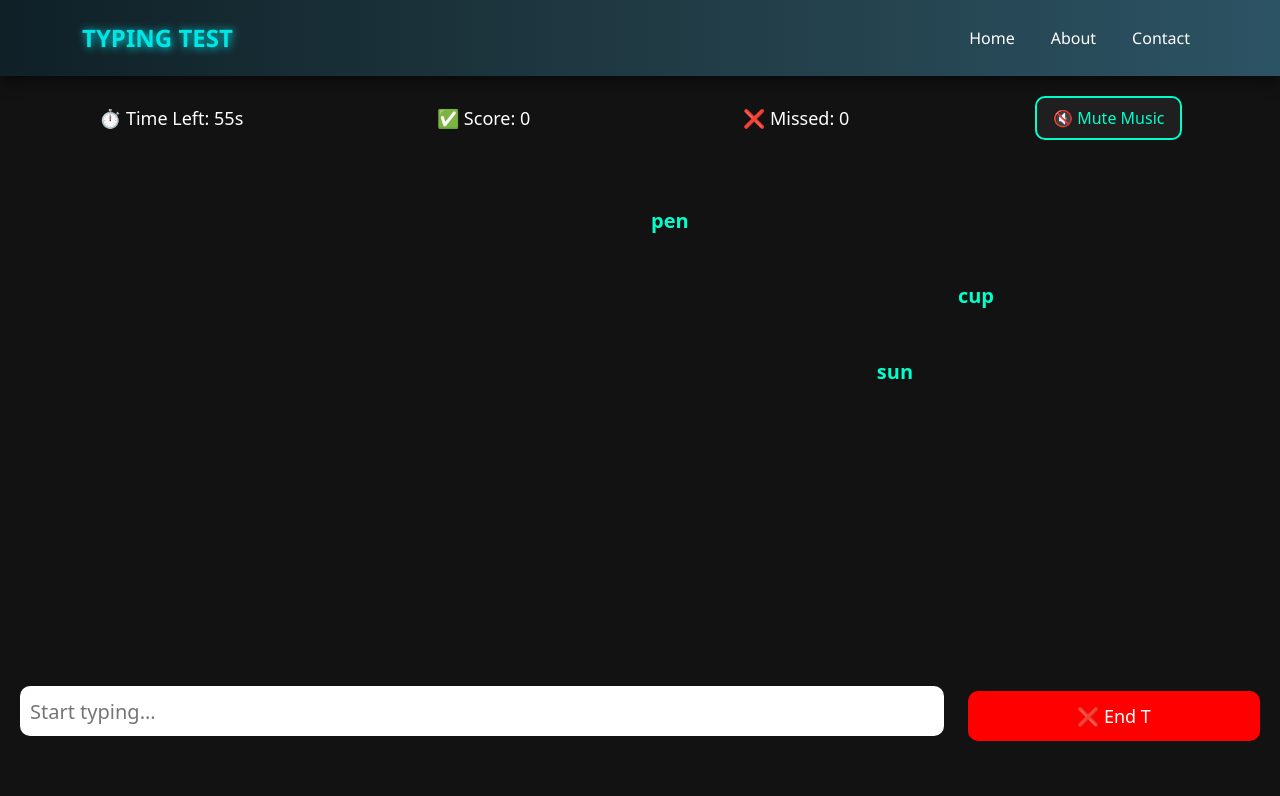
Repository: SHAHZADcodr/typing-test-react
Page: /game
An editor plug-in stored every save of this project. The page is shown before and after the next save, followed by the edit.
The browser window is 1280 px wide. The pictures show the whole page.
The project was rebuilt for these pictures with package versions that can differ from the ones it lists, and the page was loaded fresh each time. Also part of the build but not shown: src/customCss/Home.css, src/pages/Home.jsx, src/customCss/About.css, src/pages/About.jsx, src/customCss/Contact.css, src/pages/Contact.jsx, src/customCss/GameOver.css, src/pages/GameOver.jsx. Imported but missing from the stored project, and not drawn on this page: src/assets/background.mp3, src/assets/pop.mp3.

Above is the page before, as saved 2025-04-09 01:27:13.

### src/index.js
import React from 'react';
import "bootstrap/dist/css/bootstrap.min.css";
import ReactDOM from 'react-dom/client';
import './index.css';
import App from './App';
import { BrowserRouter } from 'react-router-dom';
import reportWebVitals from './reportWebVitals';

const root = ReactDOM.createRoot(document.getElementById('root'));
root.render(
  <React.StrictMode>
    <BrowserRouter>
      <App />
    </BrowserRouter>
  </React.StrictMode>
);

// If you want to start measuring performance in your app, pass a function
// to log results (for example: reportWebVitals(console.log))
// or send to an analytics endpoint. Learn more: https://bit.ly/CRA-vitals
reportWebVitals();

### src/index.css
body {
  margin: 0;
  background: linear-gradient(135deg, #0f2027,
  #203a43, #2c5364);
}

### src/App.js
import {Routes,Route} from "react-router-dom";
import './App.css';
//pages
import Home  from "./pages/Home";
import About from "./pages/About";
import Contact from "./pages/Contact";
import Game from "./pages/Game";
import GameOver from "./pages/GameOver";

//components
import Navigation from "./components/Navbar";

function App() {
  return (
    <>
    <Navigation/>
    <Routes>
      <Route path="/" element={<Home/>}/>
      <Route path="*" element={<Home/>}/>
      <Route path="/about" element={<About/>}/>
      <Route path="/contact" element={<Contact/>}/>
      <Route path="/game" element={<Game/>}/>
      <Route path="/gameOver" element={<GameOver/>}/>

    </Routes>
    </>

  );
}

export default App;

### src/App.css
.custom-navbar {
  background: linear-gradient(to right, #0f2027, #203a43, #2c5364) !important;
  padding: 15px 20px;
  box-shadow: 0 4px 15px rgba(0, 0, 0, 0.6);
  font-family: 'Segoe UI', Tahoma, Geneva, Verdana, sans-serif;
}

.custom-navbar .navbar-brand {
  color: #00e6e6 !important;
  font-weight: bold;
  font-size: 1.5rem;
  text-shadow: 1px 1px 8px #00e6e6;
}

.custom-navbar .nav-link {
  color: #ffffff !important;
  margin-left: 20px;
  transition: color 0.3s ease, transform 0.2s ease;
  font-weight: 500;
}

.custom-navbar .nav-link:hover {
  color: #00e6e6 !important;
  transform: scale(1.05);
  text-shadow: 0 0 5px #00e6e6;
}

.custom-navbar .navbar-toggler {
  background-color: #00e6e6;
}

### src/pages/Game.jsx
// Same imports
import React, { useEffect, useRef, useState } from 'react';
import { useLocation, useNavigate } from 'react-router-dom';
import { Container, Row, Col, Button, Toast } from 'react-bootstrap';
import '../customCss/Game.css';
import popSound from '../assets/pop.mp3';
import bgMusicFile from '../assets/background.mp3';

const wordBank = {
  easy: ['cat', 'dog', 'sun', 'pen', 'cup'],
  medium: ['apple', 'banana', 'pencil', 'camera', 'jungle'],
  hard: ['algorithm', 'symphony', 'hypothesis', 'university', 'revolution']
};

const Game = () => {
  const { state } = useLocation();
  const navigate = useNavigate();
  const { difficulty = 'easy', duration = 60 } = state || {};

  const [words, setWords] = useState([]);
  const [typed, setTyped] = useState('');
  const [timeLeft, setTimeLeft] = useState(duration);
  const [score, setScore] = useState(0);
  const [missed, setMissed] = useState(0);
  const [showToast, setShowToast] = useState(true);
  const [bgMusicPlaying, setBgMusicPlaying] = useState(true);
  const [gameEnded, setGameEnded] = useState(false); // ✅ Avoid duplicate ending

  const wordId = useRef(0);
  const pop = new Audio(popSound);
  const bgMusic = useRef(new Audio(bgMusicFile));
  const inputRef = useRef();

  useEffect(() => {
    inputRef.current.focus();

    const timer = setInterval(() => {
      setTimeLeft((prev) => {
        if (prev <= 1) {
          if (!gameEnded) {
            endGame(); // ✅ Make sure endGame is called before timer cleanup
          }
          return 0;
        }
        return prev - 1;
      });
    }, 1000);

    return () => clearInterval(timer);
  }, []);

  useEffect(() => {
    const interval = setInterval(() => {
      const word = wordBank[difficulty][Math.floor(Math.random() * wordBank[difficulty].length)];
      const newWord = {
        id: wordId.current++,
        text: word,
        top: 0,
        left: Math.random() * 80 + 10,
        color: 'default'
      };
      setWords((prev) => [...prev, newWord]);
    }, 1500);
    return () => clearInterval(interval);
  }, [difficulty]);

  useEffect(() => {
    const falling = setInterval(() => {
      setWords((prevWords) => {
        const updated = prevWords.map((word) => ({ ...word, top: word.top + 1 }));
        const filtered = updated.filter((word) => {
          if (word.top >= 90) {
            setMissed((m) => m + 1); // ✅ Only missed here
            return false;
          }
          return true;
        });
        return filtered;
      });
    }, 100);
    return () => clearInterval(falling);
  }, []);

  const handleTyping = (e) => {
    const input = e.target.value;

    // ✅ Start music only once
    if (bgMusicPlaying && bgMusic.current.paused) {
      bgMusic.current.loop = true;
      bgMusic.current.play().catch((err) => {
        console.error("Audio play error:", err);
      });
    }

    setTyped(input);

    if (input.endsWith(' ')) {
      const trimmedInput = input.trim();
      const found = words.find((w) => w.text === trimmedInput);

      if (found) {
        pop.play();
        setScore((s) => s + 1);
        highlightAndRemove(found.id, 'green');
      } else {
        // ✅ Do NOT count as missed here anymore
        const randomWord = words[0];
        if (randomWord) {
          highlightAndRemove(randomWord.id, 'red');
        }
      }

      setTyped('');
    }
  };

  const highlightAndRemove = (id, color) => {
    setWords((prev) =>
      prev.map((w) => (w.id === id ? { ...w, color } : w))
    );
    setTimeout(() => {
      setWords((prev) => prev.filter((w) => w.id !== id));
    }, 300);
  };

  const endGame = () => {
    if (gameEnded) return;
    setGameEnded(true);

    bgMusic.current.pause();
    bgMusic.current.currentTime = 0;

    const total = score + missed;
    const accuracy = total === 0 ? 0 : Math.round((score / total) * 100);
    const wpm = Math.round(score / (duration / 60));

    const result = { score, missed, accuracy, wpm, total };

    // ✅ Save and delay slightly before navigating
    localStorage.setItem('gameResult', JSON.stringify(result));

    setTimeout(() => {
      navigate('/gameover');
    }, 300); // Added delay to ensure save completes
  };

  const toggleBgMusic = () => {
    if (bgMusicPlaying) {
      bgMusic.current.pause();
    } else {
      bgMusic.current.play();
    }
    setBgMusicPlaying(!bgMusicPlaying);
  };

  return (
    <Container fluid className="game-container">
      <Toast className="toast-message centered-toast" show={showToast} onClose={() => setShowToast(false)} delay={2000} autohide>
        <Toast.Header>
          <strong className="me-auto">Game Tip</strong>
        </Toast.Header>
        <Toast.Body>You have to press space after typing every word!</Toast.Body>
      </Toast>

      <div className="top-bar">
        <div className="top-item">⏱ Time Left: {timeLeft}s</div>
        <div className="top-item">✅ Score: {score}</div>
        <div className="top-item">❌ Missed: {missed}</div>
        <div className="top-item">
          <Button variant={bgMusicPlaying ? 'danger' : 'success'} onClick={toggleBgMusic} className="music-toggle-button">
            {bgMusicPlaying ? '🔇 Mute Music' : '🔊 Play Music'}
          </Button>
        </div>
      </div>

      <div className="falling-area">
        {words.map((word) => (
          <div
            key={word.id}
            className={`falling-word ${word.color}`}
            style={{ top: `${word.top}%`, left: `${word.left}%` }}
          >
            {word.text}
          </div>
        ))}
      </div>

      <Row className="mt-3 align-items-center bottom-controls">
        <Col xs={9}>
          <input
            type="text"
            className="typing-input"
            value={typed}
            onChange={handleTyping}
            ref={inputRef}
            placeholder="Start typing..."
          />
        </Col>
        <Col xs={3}>
          <Button onClick={endGame} className="end-game-button">
            ❌ End T
          </Button>
        </Col>
      </Row>
    </Container>
  );
};

export default Game;

### src/components/Navbar.jsx
import React from 'react';
import { Navbar, Nav, Container } from 'react-bootstrap';
import { Link } from 'react-router-dom';
import '../App.css'; // Make sure this path is correct

const Navigation = () => {
  return (
    <Navbar expand="lg" className="custom-navbar" variant="dark">
      <Container>
        <Navbar.Brand as={Link} to="/">TYPING TEST</Navbar.Brand>
        <Navbar.Toggle aria-controls="basic-navbar-nav" />
        <Navbar.Collapse id="basic-navbar-nav">
          <Nav className="ms-auto">
            <Nav.Link as={Link} to="/">Home</Nav.Link>
            <Nav.Link as={Link} to="/about">About</Nav.Link>
            <Nav.Link as={Link} to="/contact">Contact</Nav.Link>
          </Nav>
        </Navbar.Collapse>
      </Container>
    </Navbar>
  );
};

export default Navigation;

### src/customCss/Game.css
.game-container {
  height: 100vh;
  background: #121212;
  color: white;
  padding: 20px;
  display: flex;
  flex-direction: column;
  justify-content: space-between;
  overflow: hidden;
}

/* Top bar aligned horizontally */
.top-bar {
  display: flex;
  justify-content: space-between;
  align-items: center;
  flex-wrap: wrap;
  gap: 10px;
  margin-bottom: 15px;
}

.top-item {
  flex: 1;
  text-align: center;
  font-size: 18px;
}

/* Style for audio button */
.music-toggle-button {
  background-color: #1f1f1f;
  color: #00ffcc;
  border: 2px solid #00ffcc;
  border-radius: 10px;
  padding: 8px 16px;
  font-size: 16px;
  transition: all 0.3s ease;
}

.music-toggle-button:hover {
  background-color: #00ffcc;
  color: #121212;
}

/* Toast styling for center display */
.toast-message {
  position: fixed;
  top: 50%;
  left: 50%;
  transform: translate(-50%, -50%);
  background-color: rgba(255, 255, 255, 0.95);
  color: #121212;
  padding: 20px 30px;
  border-radius: 10px;
  font-size: 18px;
  font-weight: bold;
  z-index: 9999;
  box-shadow: 0 0 10px rgba(0, 255, 204, 0.7);
}

/* Falling words area */
.falling-area {
  flex: 1;
  position: relative;
  width: 100%;
  overflow: hidden;
  margin-bottom: 10px;
}

.falling-word {
  position: absolute;
  font-size: 20px;
  font-weight: bold;
  color: #00ffcc;
  transition: top 0.1s linear;
}

.falling-word.green {
  color: #00ff00;
}

.falling-word.red {
  color: #ff4d4d;
}

.typing-input {
  width: 100%;
  padding: 10px;
  font-size: 20px;
  border-radius: 10px;
  border: none;
  outline: none;
  height: 50px;
  margin-bottom: 10px;
}

.end-game-button {
  width: 100%;
  height: 50px;
  font-size: 18px;
  background-color: red;
  color: white;
  border: none;
  border-radius: 10px;
  transition: background-color 0.3s ease;
}

.end-game-button:hover {
  background-color: darkred;
}

.bottom-controls {
  margin-bottom: 30px;
}
.toast-message.centered-toast {
  position: fixed;
  top: 50%;
  left: 50%;
  transform: translate(-50%, -50%);
  z-index: 9999;
  background-color: rgba(255, 255, 255, 0.95);
  color: #121212;
  padding: 8px 16px; /* Reduced padding */
  border-radius: 8px;
  font-size: 14px; /* Slightly smaller */
  font-weight: 500;
  box-shadow: 0 0 8px rgba(0, 255, 204, 0.7);
  white-space: nowrap; /* Keeps toast width tight around text */
  max-width: 90%; /* Prevent overflow on small screens */
  text-align: center;
}

Loaded but not shown: public/index.html (common file); src/reportWebVitals.js (common file)

After the next save:
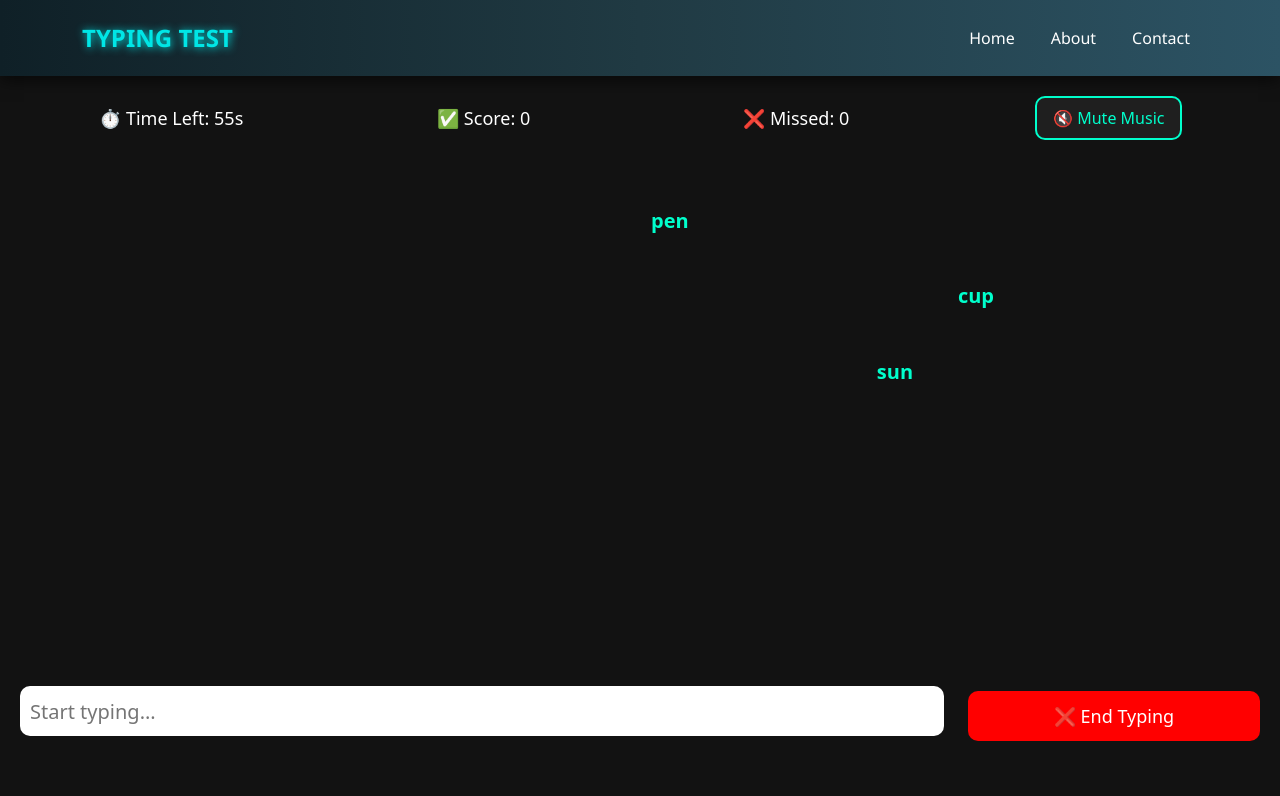
Saved 4 s later.
--- a/src/pages/Game.jsx
+++ b/src/pages/Game.jsx
@@ -198,7 +198,7 @@ const Game = () => {
         </Col>
         <Col xs={3}>
           <Button onClick={endGame} className="end-game-button">
-            ❌ End T
+            ❌ End Typing
           </Button>
         </Col>
       </Row>
